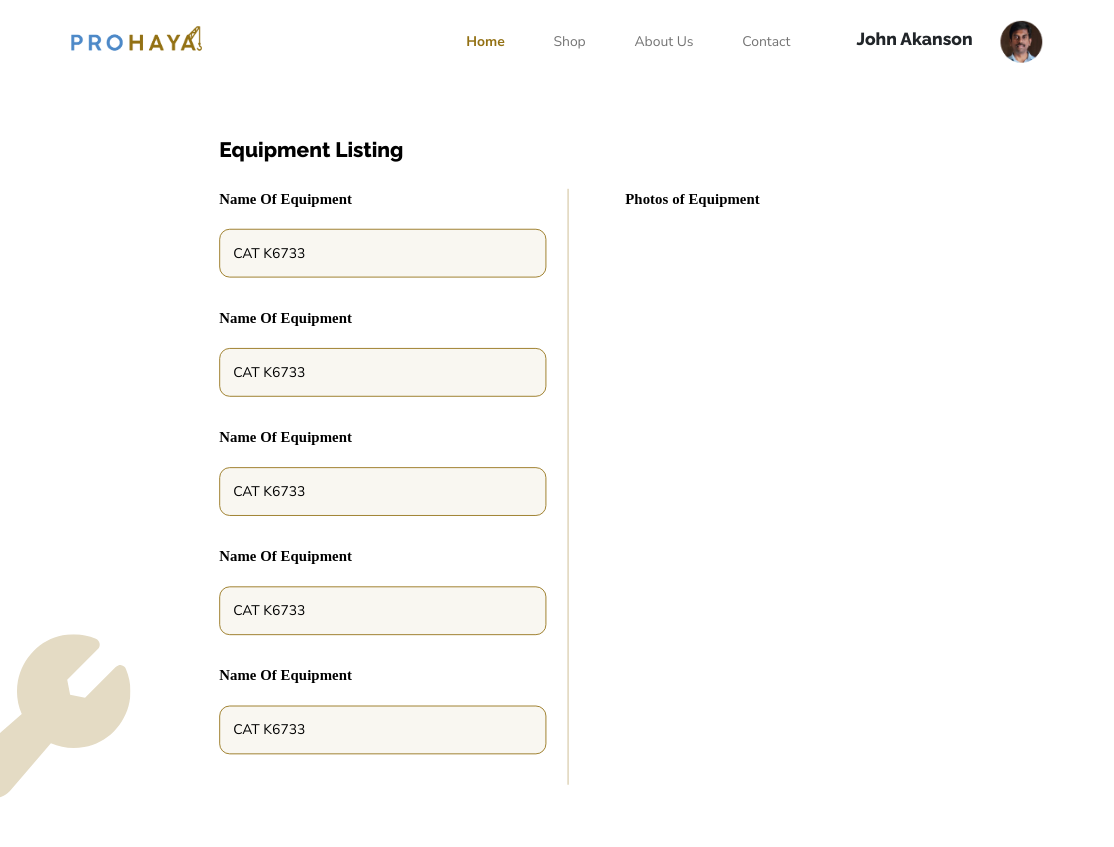
Repository: stormcelltech/Prohaya-UI
Page: Prohaya-UI/equipment_listing.html
These files come from the project's save history. The page is drawn as it stood at one moment and after the next save; the edit follows.
The browser window is 1280 px wide. The pictures show the whole page, at 87% of full size.
Some web libraries are served in a nearby version.

Above is the page before, as saved 2022-04-14 02:27:46.
Console error: TypeError: $(...).owlCarousel is not a function

After the next save:
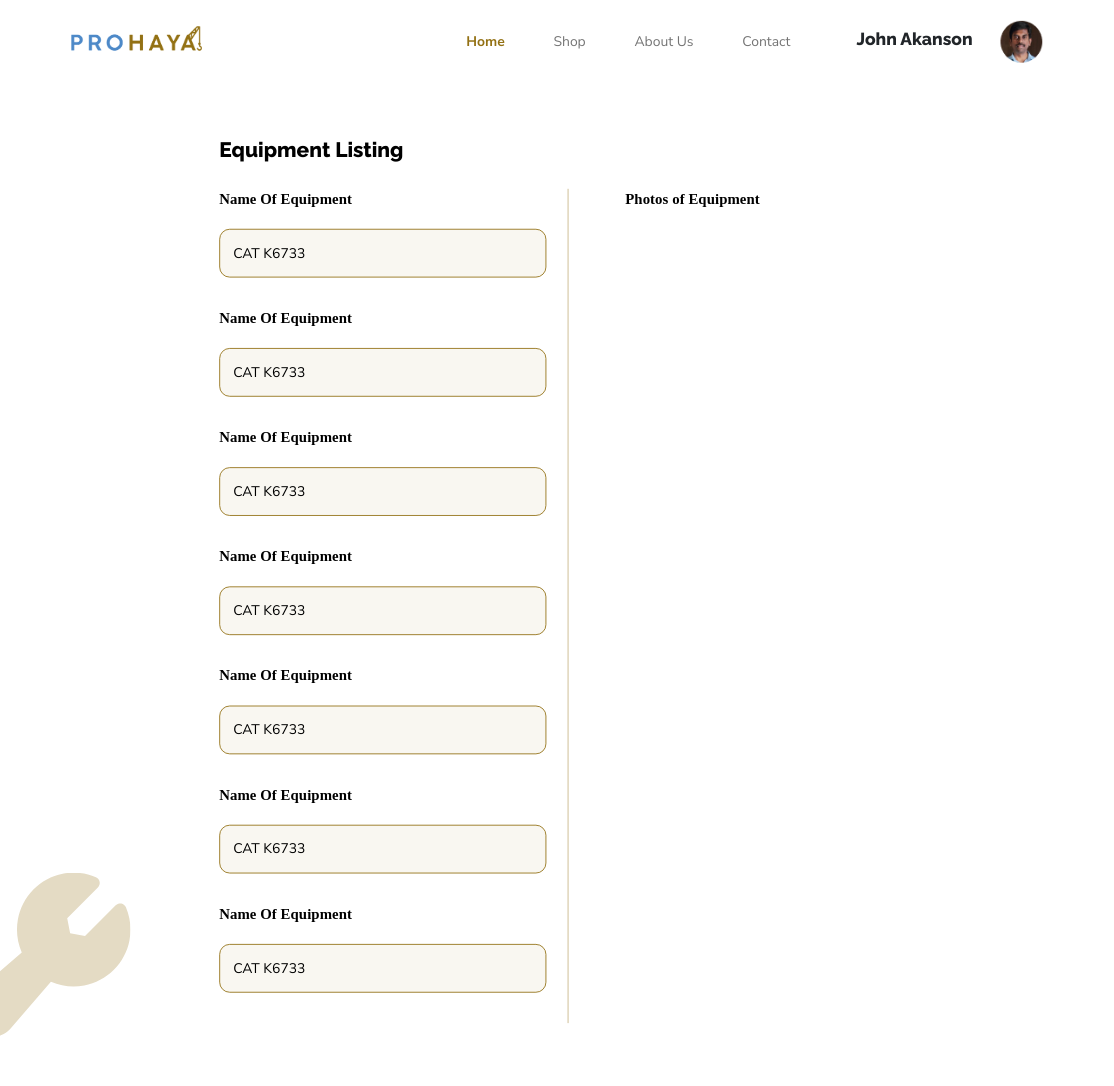
Saved 69 s later.
--- a/Prohaya-UI/equipment_listing.html
+++ b/Prohaya-UI/equipment_listing.html
@@ -62,6 +62,14 @@
                 <form action="">
                     <div class="row custom-row-padding">
                         <div class="col-md-6">
+                            <div class="mb-3">
+                                <label for="exampleFormControlInput1" class="form-label custom-labels">Name Of Equipment</label>
+                                <input type="text" class="form-control custom-input" id="exampleFormControlInput1" placeholder="CAT K6733">
+                            </div>
+                            <div class="mb-3">
+                                <label for="exampleFormControlInput1" class="form-label custom-labels">Name Of Equipment</label>
+                                <input type="text" class="form-control custom-input" id="exampleFormControlInput1" placeholder="CAT K6733">
+                            </div>
                             <div class="mb-3">
                                 <label for="exampleFormControlInput1" class="form-label custom-labels">Name Of Equipment</label>
                                 <input type="text" class="form-control custom-input" id="exampleFormControlInput1" placeholder="CAT K6733">
